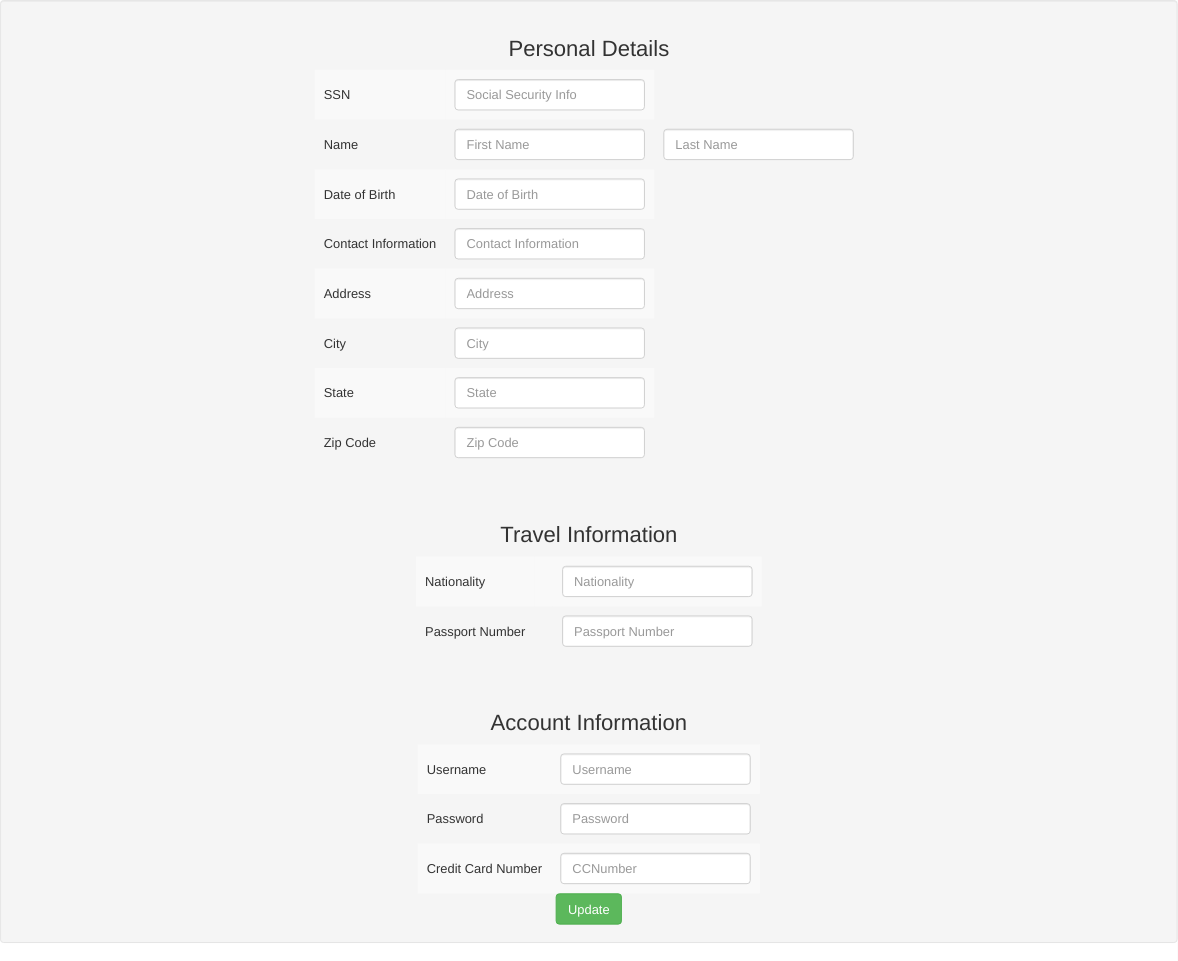
Repository: harshadrane89/CMPE273-WebService-AirlineManagement
Page: http://localhost/AirlineManagementSystemClient/TwitterGUI/ModifyCustomer.jsp
These files come from the project's save history. The page is drawn as it stood at one moment and after the next save; the edit follows.
The browser window is 1280 px wide. The pictures show the whole page, at 92% of full size.
The page is served by Tomcat 9.

Above is the page before, as saved 2013-12-08 10:11:51.

After the next save:
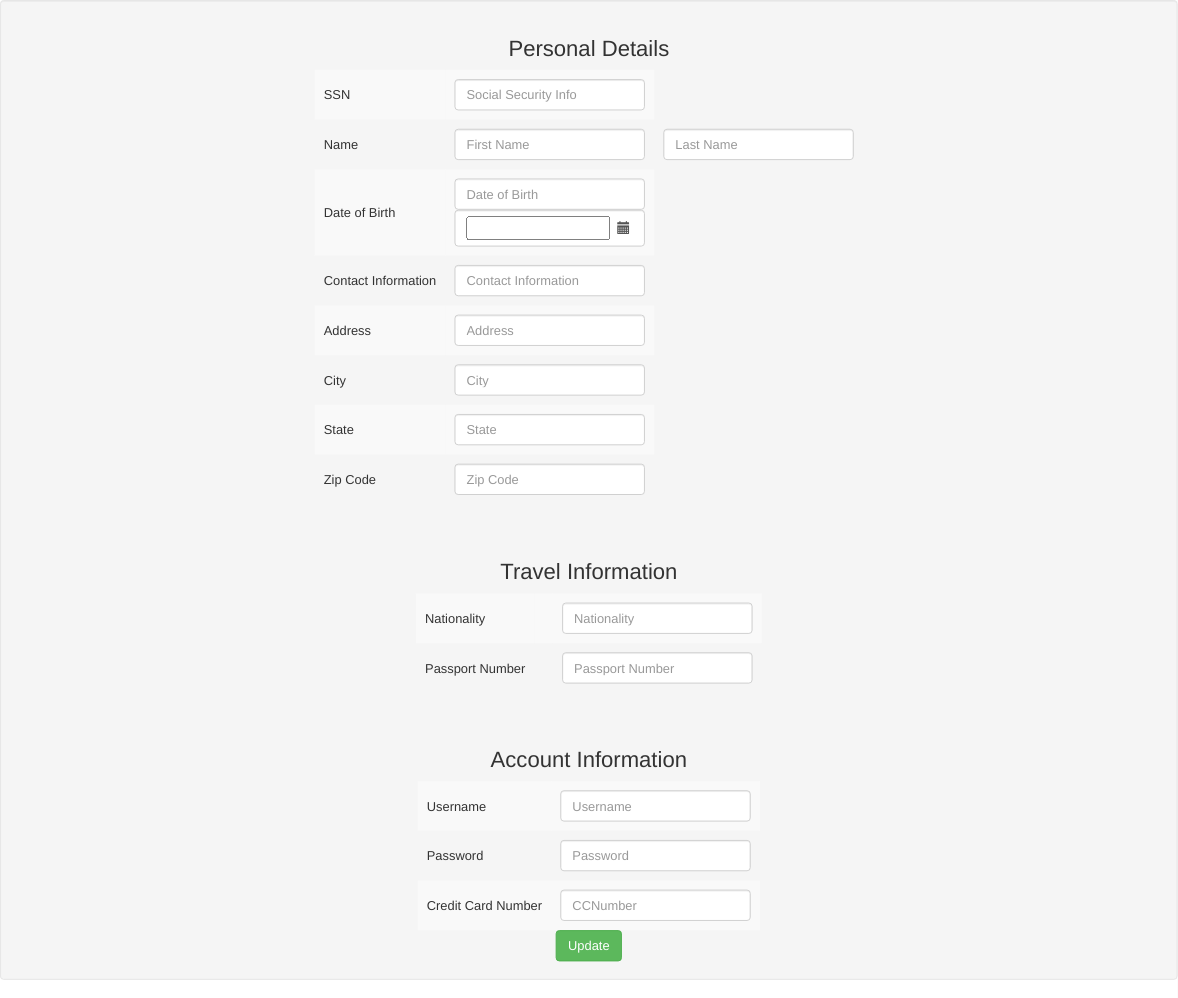
Saved 21 s later.
--- a/273_Project_Tomcat/AirlineManagementSystemClient/WebContent/TwitterGUI/ModifyCustomer.jsp
+++ b/273_Project_Tomcat/AirlineManagementSystemClient/WebContent/TwitterGUI/ModifyCustomer.jsp
@@ -42,7 +42,17 @@
 					<td>Date of Birth</td>
 					<td><input type="text" placeholder="Date of Birth" name="dob"
 						value="<%=traveller.getDob() != null ? traveller.getDob() : ""%>"
-						class="form-control"></td>
+						class="form-control">
+
+						<div class="input-append date input-group form-control" id="dp1"
+							data-date="12-07-2012" data-date-format="mm-dd-yyyy">
+							<input class="span2" name="dob" size="16" type="text"
+								value="<%=traveller.getDob() != null ? traveller.getDob() : ""%>" readonly> &nbsp;<span
+								class="add-on glyphicon glyphicon-calendar" required="true"></span>
+						</div>
+
+
+						</td>
 				</tr>
 				<tr>
 					<td>Contact Information</td>
